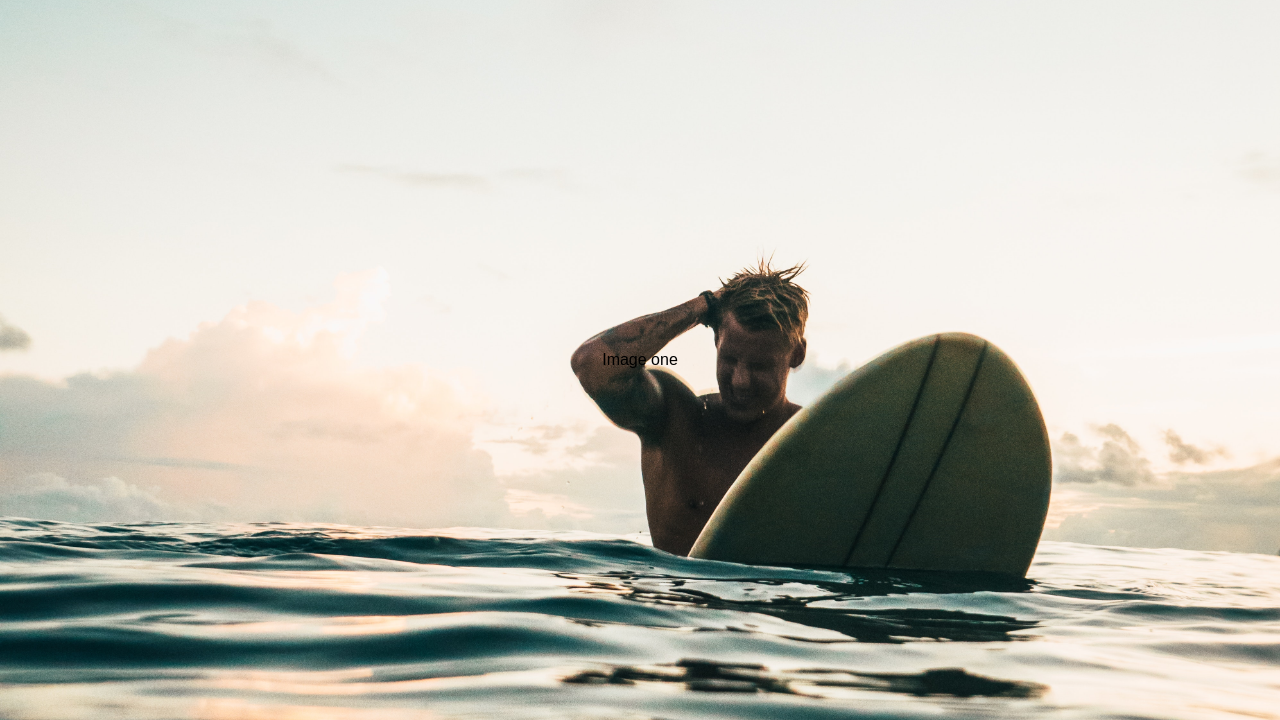
Repository: rahil001/preparation
Page: javascriptPrac/carousal/index.html
An editor plug-in stored every save of this project. The page is shown before and after the next save, followed by the edit.
The browser window is 1280 px wide. The pictures show the whole page.
An inner scrolling area shows only its first screen.

Above is the page before, as saved 2019-10-08 12:12:23.

After the next save:
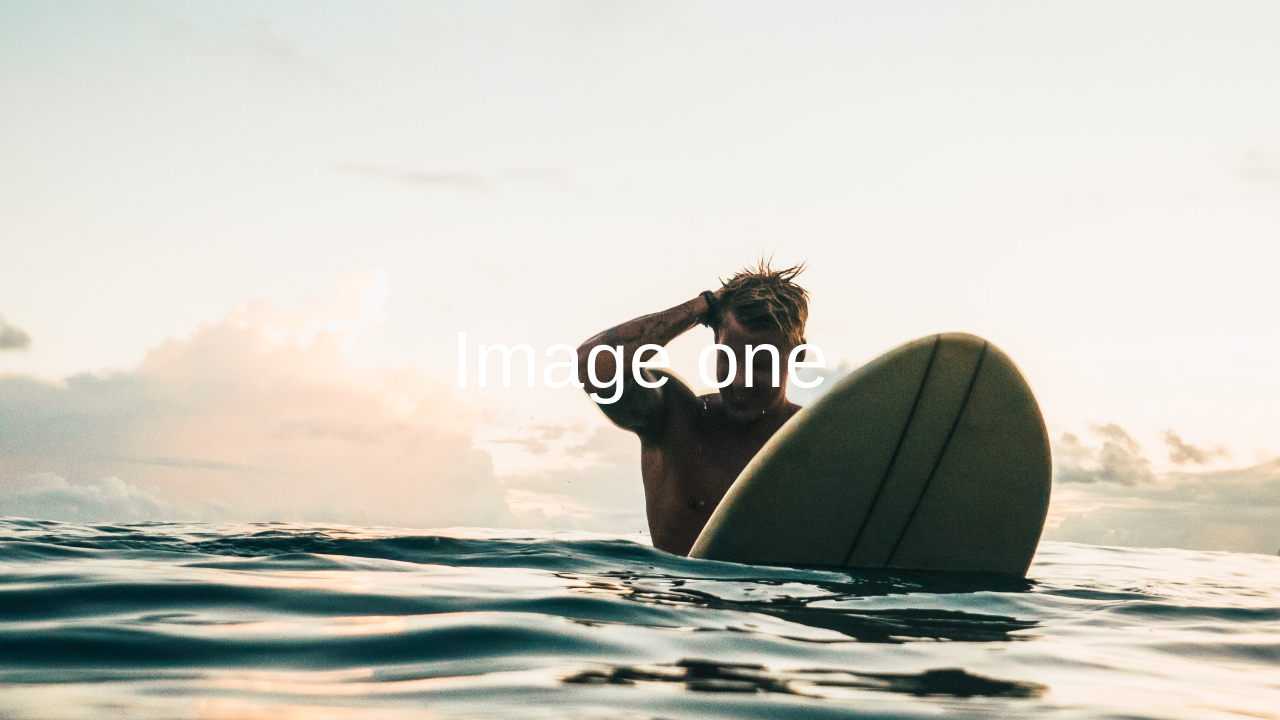
Saved 43 s later.
--- a/javascriptPrac/carousal/index.css
+++ b/javascriptPrac/carousal/index.css
@@ -36,7 +36,7 @@ body, #slider, .wrap, .slide-content {
     text-align: center;
 }
 
-.slide-content pan {
+.slide-content span {
     font-size: 5rem;
     color: #fff;
 }
